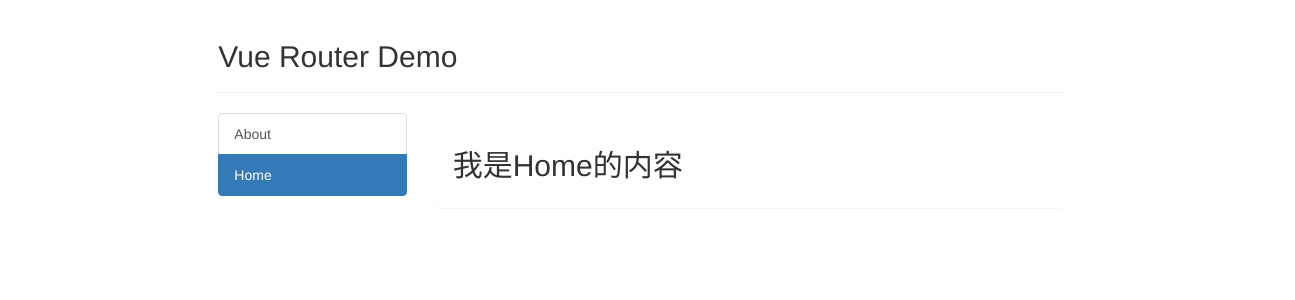
Repository: ldqml/vue.test
Page: /#/home (app in router/)
These files come from the project's save history. The page is drawn as it stood at one moment and after the next save; the edit follows.
The browser window is 1280 px wide. The page is 1295 px wide, so the pictures cover 1295 px, including what lies to the right of the window. The pictures show the whole page.
The project was rebuilt for these pictures with package versions that can differ from the ones it lists, and the page was loaded fresh each time. Also part of the build but not shown: router/vue.config.js, router/src/components/AboutName.vue, router/src/components/MessAge.vue, router/src/components/NewSofm.vue.

Above is the page before, as saved 2022-08-28 22:07:46.

After the next save:
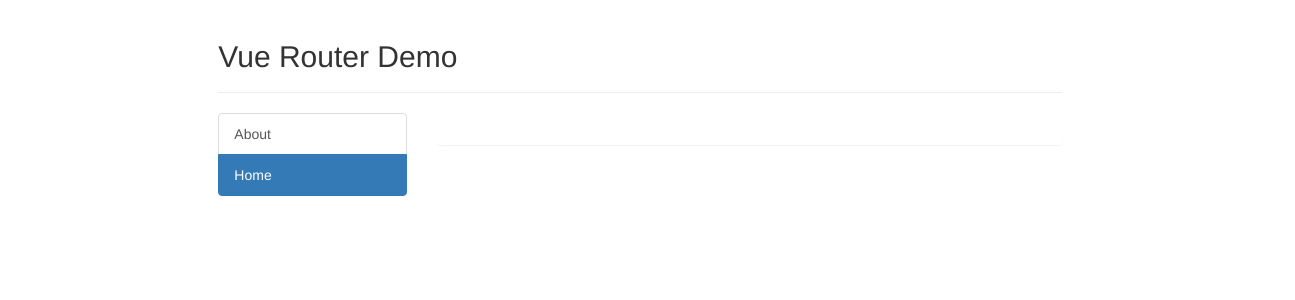
Saved 68 s later.
--- a/router/src/components/HomeName.vue
+++ b/router/src/components/HomeName.vue
@@ -1,5 +1,5 @@
 <template>
-  <h2>我是Home的内容</h2>
+
 </template>
 
 <script>
